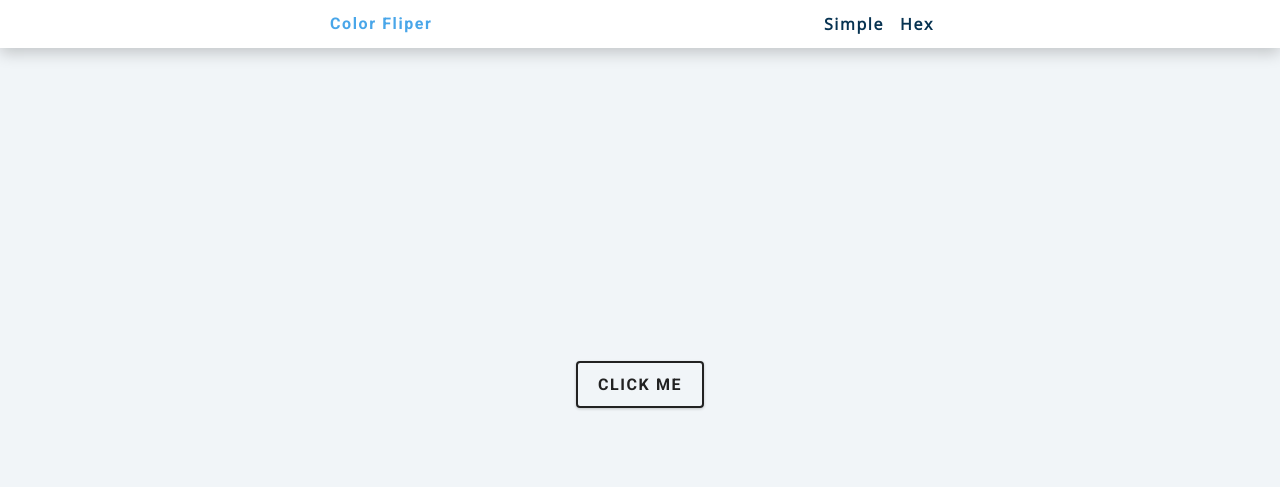
Repository: hseunghwan/practice-vanilla-javascript
Page: index.html
An editor plug-in stored every save of this project. The page is shown before and after the next save, followed by the edit.
The browser window is 1280 px wide. The pictures show the whole page.

Above is the page before, as saved 2023-05-08 22:26:47.

After the next save:
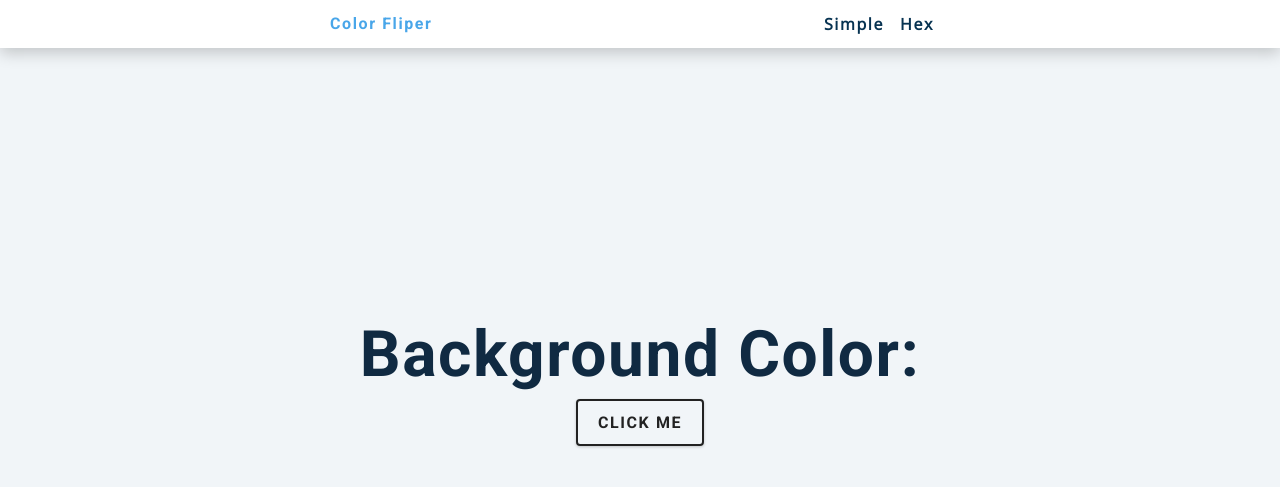
Saved 2 min 26 s later.
--- a/index.html
+++ b/index.html
@@ -22,6 +22,7 @@
         </nav>
         <main>
             <div class="container">
+                <h1>Background color: <span></span></h1>
                 <button class="btn btn-hero" id="btn">click me</button>
             </div>
         </main>
